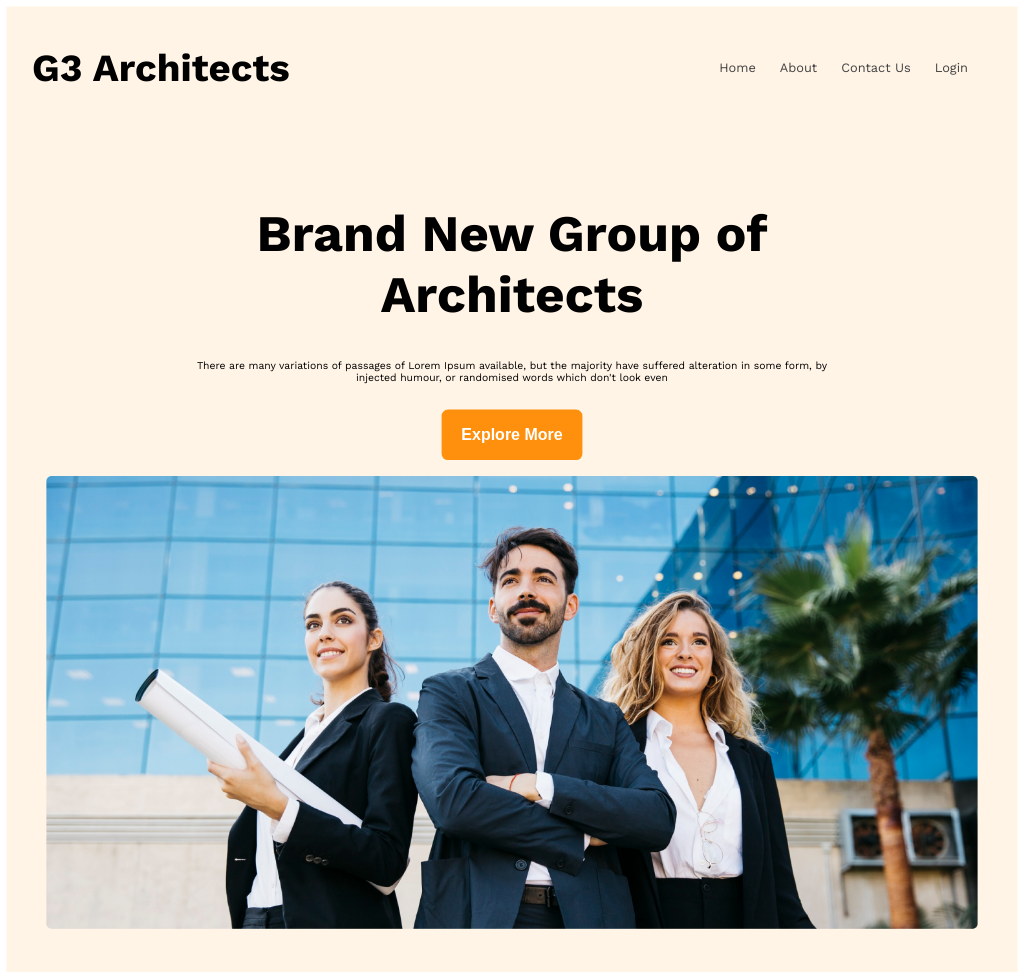
Repository: dollyrakhe22/g3-architects-website
Page: index.html
The author's editor kept a copy of each file at every save. The page is drawn from the files as they stood at one save, then again after the next save.
The browser window is 1280 px wide. The pictures show the whole page, at 80% of full size.

Above is the page before, as saved 2025-07-20 18:17:56.

After the next save:
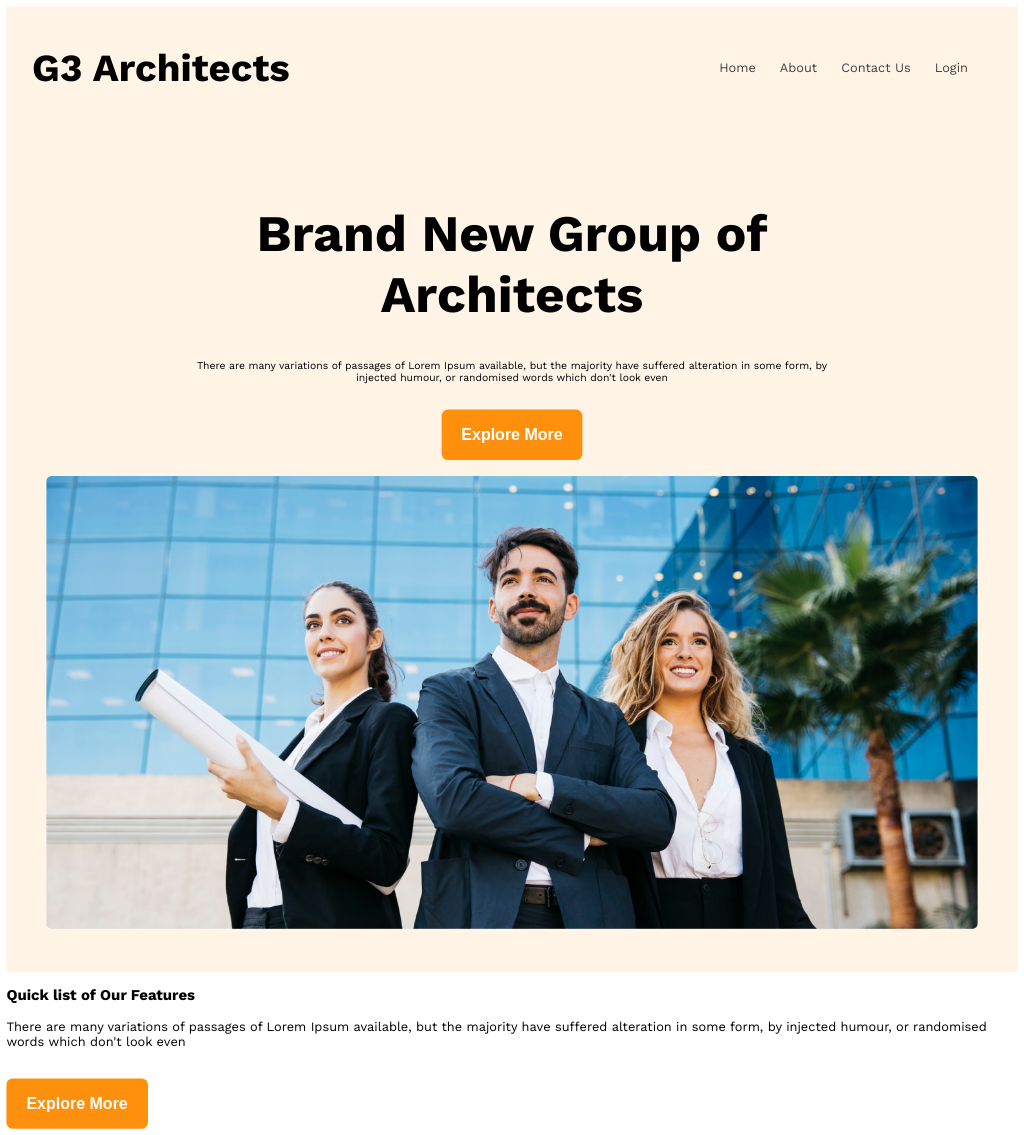
Saved 116 min 8 s later.
--- a/index.html
+++ b/index.html
@@ -28,10 +28,21 @@
             <img class="banner-img" src="images/banner.png" alt="" srcset="">
            </div>
     </header>
-   </header>
+
+   <main>
+    <section class="teams">
+      <div class="team-img-container">
 
 
-   <main>
+      </div>
+      <div class="our-features">
+          <h3 class="feature-title">Quick list of Our Features</h3>
+           <p class="feature-description">There are many variations of passages of Lorem Ipsum available, but the majority have suffered alteration in some form, by injected humour,
+             or randomised words which don't look even</p>
+             <button class="btn-primary">Explore More</button>
+      </div>
+    </section>
+
    </main>
     <footer>
 
